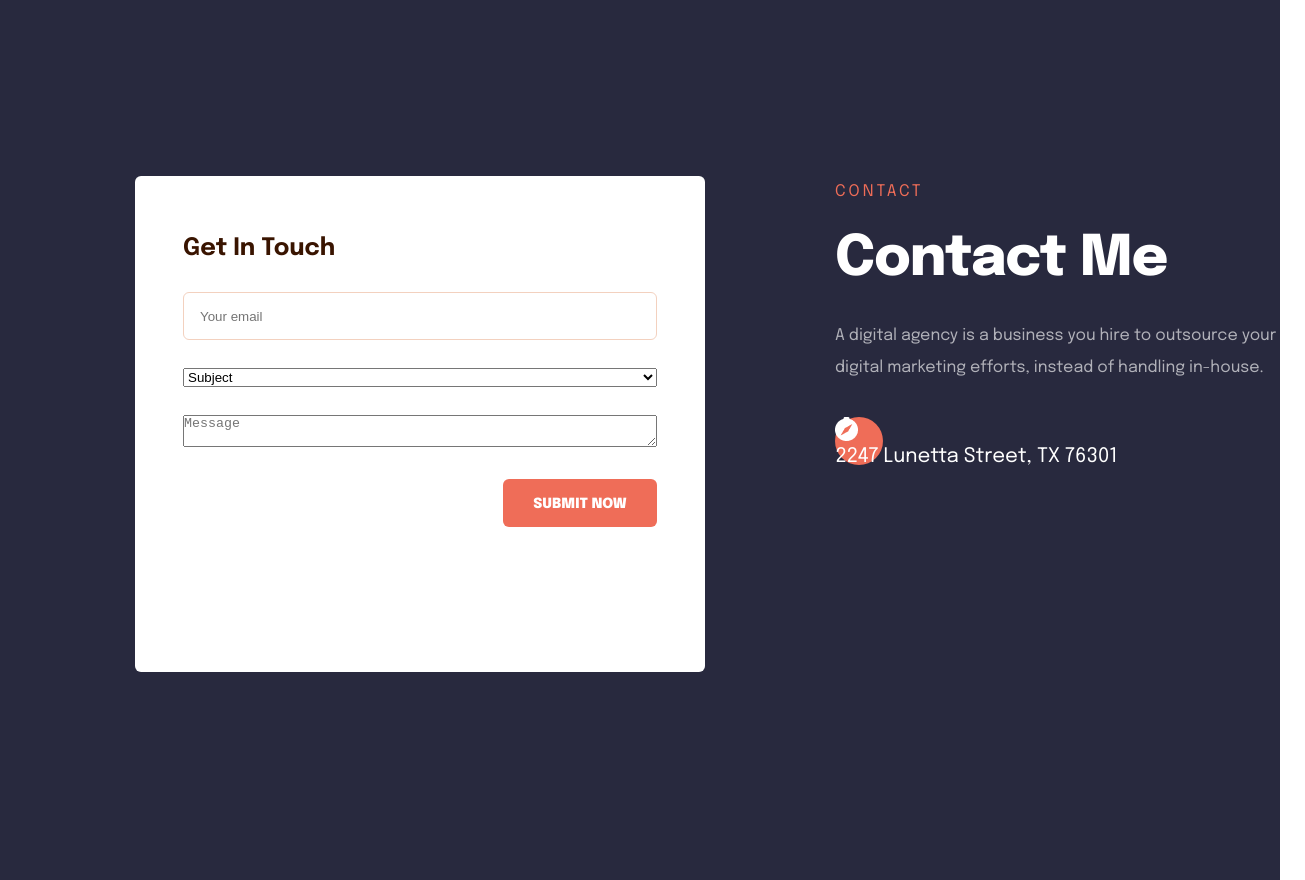
Repository: simralgasimov/contact-me
Page: index.html
An editor plug-in stored every save of this project. The page is shown before and after a run of saves, followed by the edit.
The browser window is 1280 px wide. The page is 1305 px wide, so the pictures cover 1305 px, including what lies to the right of the window. The pictures show the whole page.

Above is the page before, as saved 2023-10-04 13:28:04.

After the next 3 saves:
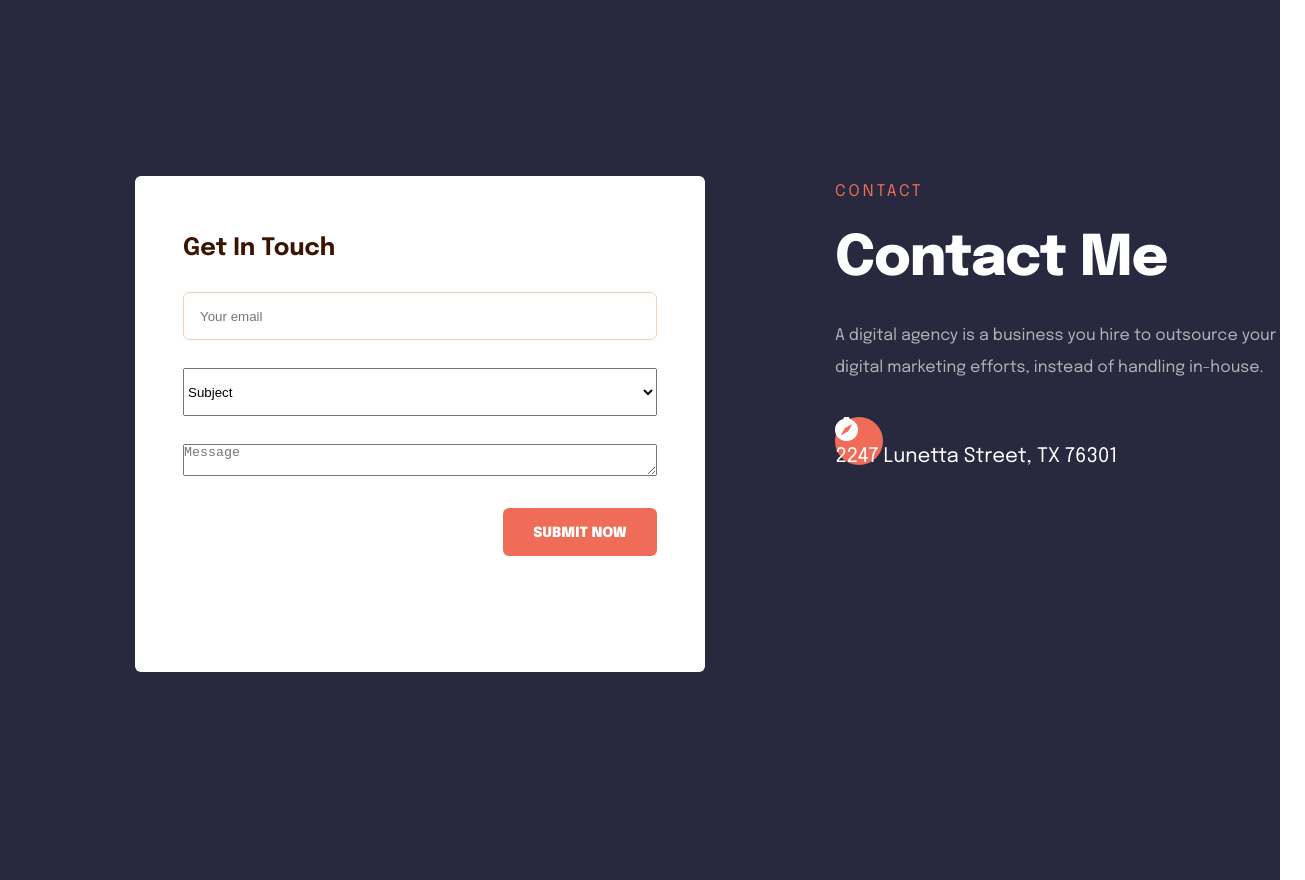
The 3 saves are shown as one change because they came seconds apart.
The last was saved 23 s later.
--- a/index.css
+++ b/index.css
@@ -57,15 +57,13 @@
   height: 48px;
 }
 
-/* .container  form [id="subject"] {
-  width: 474px;
+.container  form [id="subject"] {
   height: 48px;
 }
 
 .container  form [type="textarea"] {
-  width: 474px;
   height: 135px;
-} */
+}
 
 .container form button {
   width: 154px;
